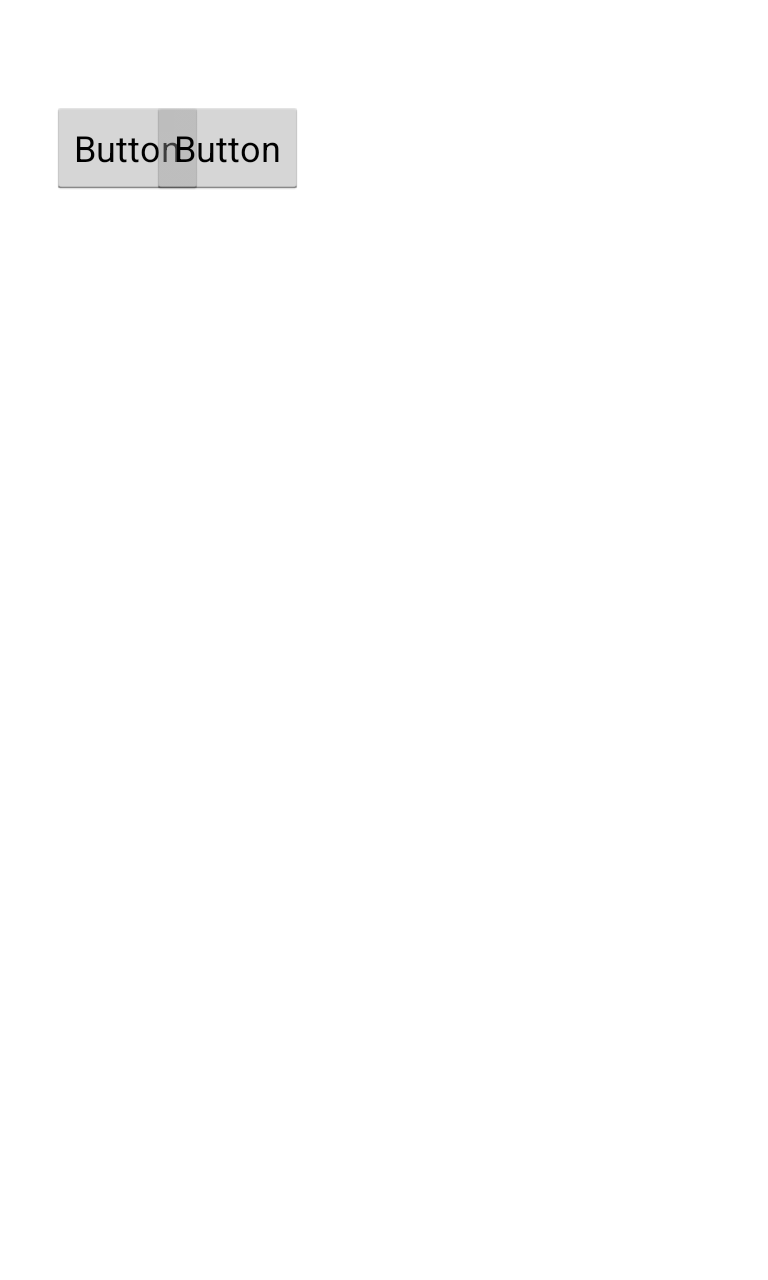
Repository: qq839924354/day01
Layout: code/Layout/res/layout/size.xml
The author's editor kept a copy of each file at every save. The layout is drawn from the files as they stood at one save, then again after the next save.
It is drawn on a 768 x 1280 px phone screen (xhdpi) without system bars, with theme AppTheme; the app's code is not run.

Above is the layout before, as saved 2013-02-28 08:53:27.

### code/Layout/res/layout/size.xml
<?xml version="1.0" encoding="utf-8"?>
<AbsoluteLayout xmlns:android="http://schemas.android.com/apk/res/android"
    android:layout_width="match_parent"
    android:layout_height="match_parent" >

    <Button
        android:id="@+id/button1"
        android:layout_width="wrap_content"
        android:layout_height="wrap_content"
        android:layout_x="50px"
        android:layout_y="100px"
        android:text="Button" />

    <Button
        android:id="@+id/button2"
        android:layout_width="wrap_content"
        android:layout_height="wrap_content"
        android:layout_x="150px"
        android:layout_y="100px"
        android:text="Button" />

</AbsoluteLayout>

Loaded but not shown: code/Layout/res/values/styles.xml (common file); code/Layout/res/values-v11/styles.xml (common file); code/Layout/res/values-v14/styles.xml (common file)

After the next save:
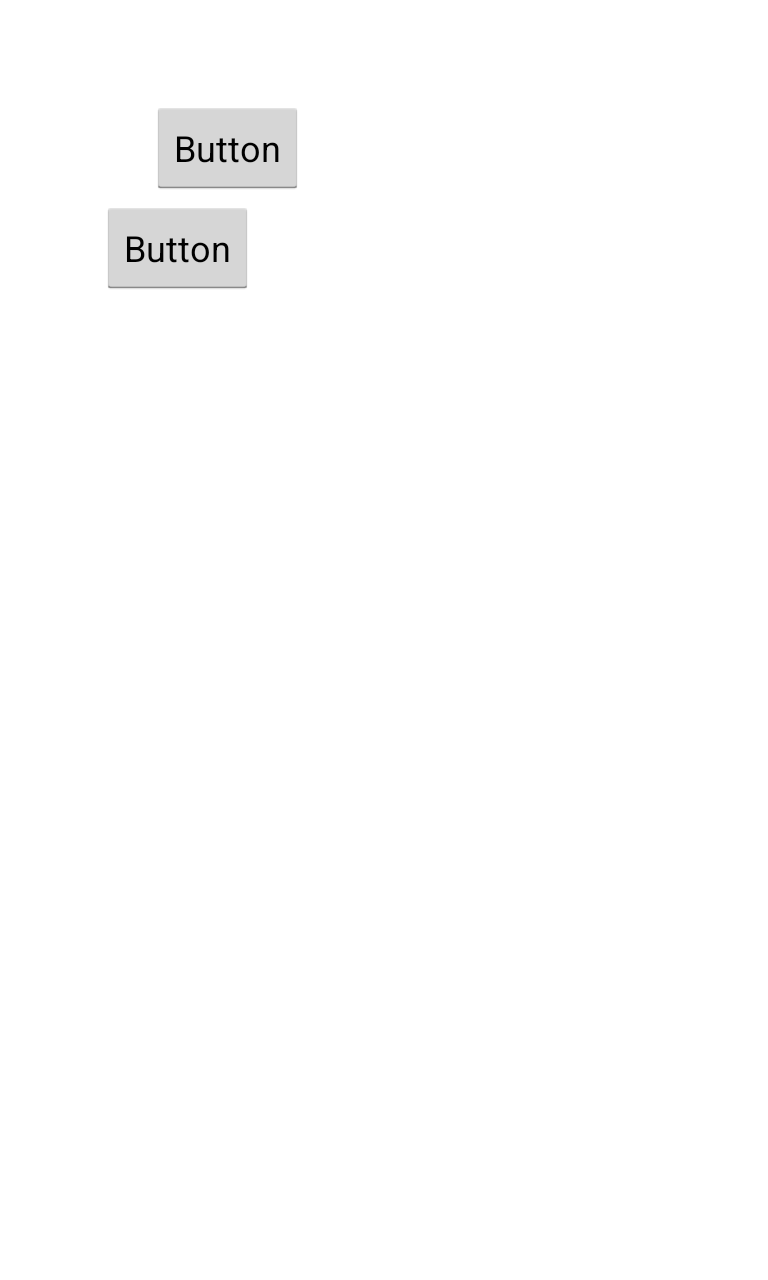
Saved 6 min 5 s later.
--- a/code/Layout/res/layout/size.xml
+++ b/code/Layout/res/layout/size.xml
@@ -7,8 +7,8 @@
         android:id="@+id/button1"
         android:layout_width="wrap_content"
         android:layout_height="wrap_content"
-        android:layout_x="50px"
-        android:layout_y="100px"
+        android:layout_x="50dp"
+        android:layout_y="100dip"
         android:text="Button" />
 
     <Button
